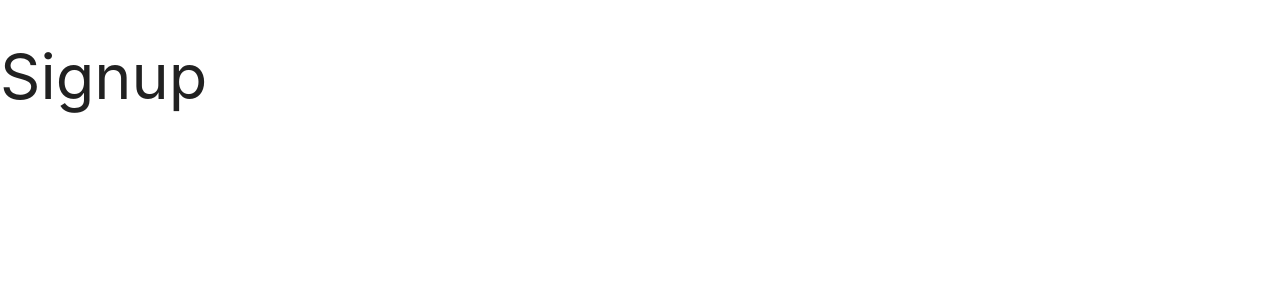
Repository: ShaileshMishr/Javanew
Page: http://localhost/Register/signup.jsp
These files come from the project's save history. The page is drawn as it stood at one moment and after the next save; the edit follows.
The browser window is 1280 px wide. The pictures show the whole page.
The page is served by Tomcat 10. Other server files are loaded and not shown.

Above is the page before, as saved 2023-10-11 21:19:38.

### Register/src/main/webapp/signup.jsp
<%@ page language="java" contentType="text/html; charset=ISO-8859-1"
    pageEncoding="ISO-8859-1"%>
<!DOCTYPE html>
<html>
<head>
<meta charset="ISO-8859-1">
<title>Register Page</title>

 <!-- Compiled and minified CSS -->
    <link rel="stylesheet" href="https://cdnjs.cloudflare.com/ajax/libs/materialize/1.0.0/css/materialize.min.css">

    <!-- Compiled and minified JavaScript -->
    <script src="https://cdnjs.cloudflare.com/ajax/libs/materialize/1.0.0/js/materialize.min.js"></script>


</head>
<body>
<h1>Signup</h1>
</body>
</html>

After the next save:
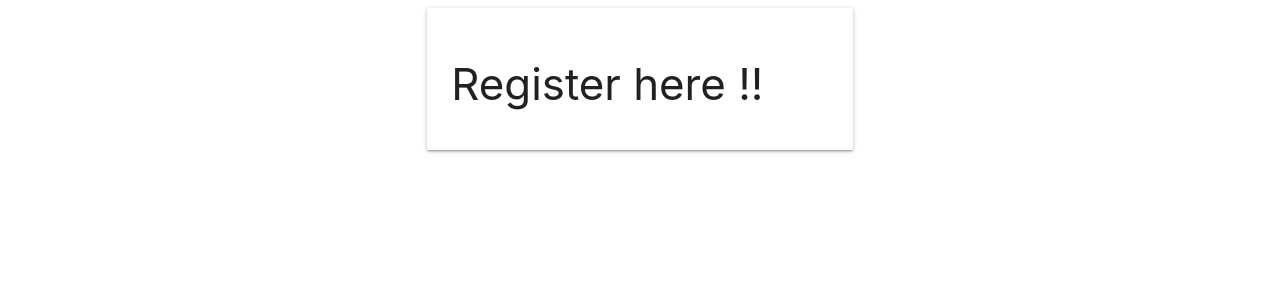
Saved 3 min 43 s later.
--- a/Register/src/main/webapp/signup.jsp
+++ b/Register/src/main/webapp/signup.jsp
@@ -15,6 +15,19 @@
 
 </head>
 <body>
-<h1>Signup</h1>
+<div class="container">
+<div class="row">
+<div class="col m6 offset-m3">
+<div class="card">
+<div class="card-content">
+<h3>Register here !!</h3>
+</div>
+
+</div>
+</div>
+
+</div>
+
+</div>
 </body>
 </html>
